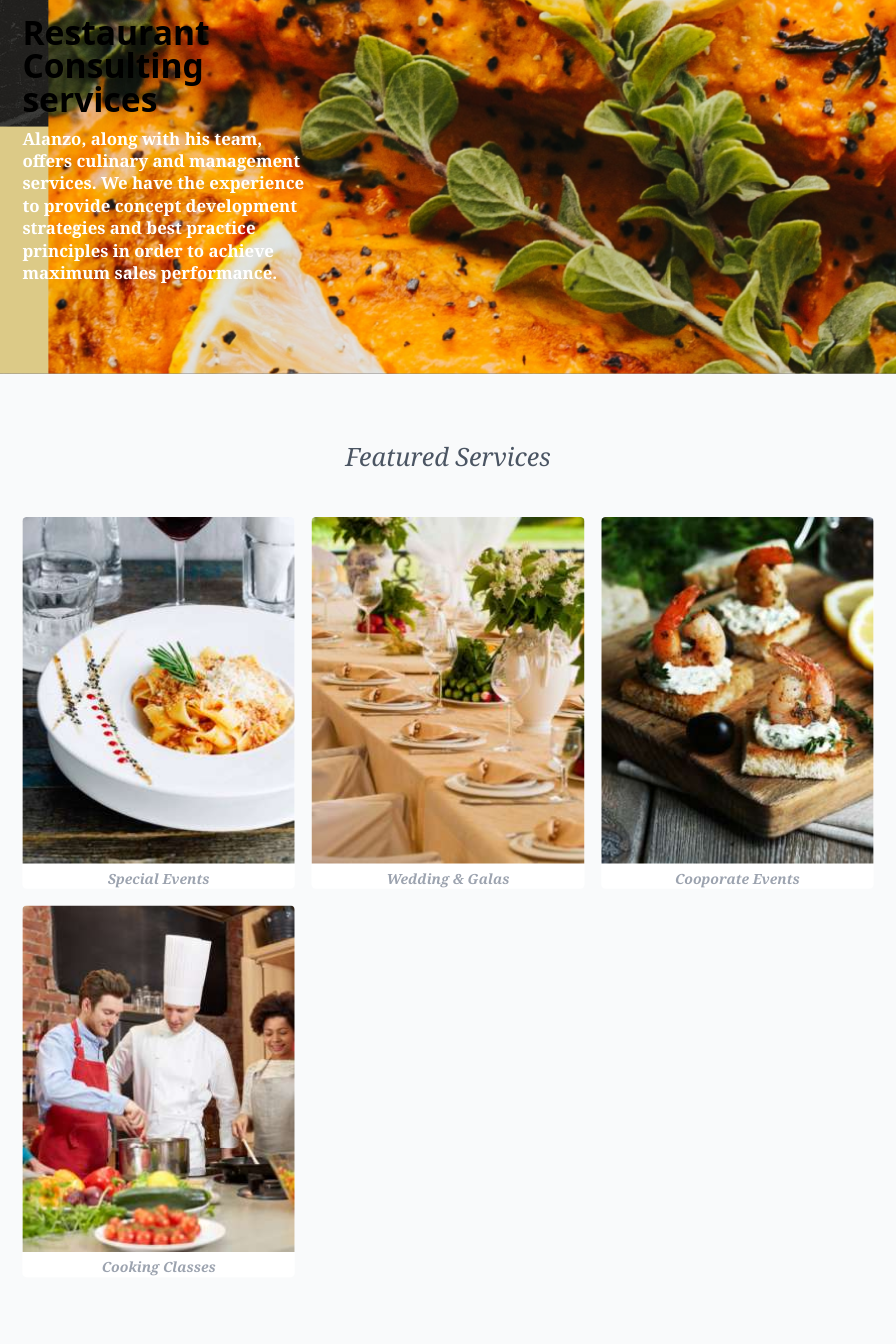
Repository: remydev47/alanzo
Page: /
An editor plug-in stored every save of this project. The page is shown before and after the next save, followed by the edit.
The browser window is 1280 px wide. The pictures show the part of the page from y = 2102 to 4022 px (the page is 4022 px tall), at 70% of full size.
The project was rebuilt for these pictures with package versions that can differ from the ones it lists, and the page was loaded fresh each time. The framework's server and built-in components were replaced by stand-ins that run in the browser. Also part of the build but not shown: next.config.js, components/Menu.tsx, components/Testimonials.tsx, components/CTA.tsx, components/Footer.tsx.

Above is the page before, as saved 2022-12-17 13:12:26.

### pages/_app.tsx
import '../styles/globals.css'
import type { AppProps } from 'next/app'
import Navbar from '../components/Navbar'

function MyApp({ Component, pageProps }: AppProps) {
  return (
    <>

      <Component {...pageProps} />
    </>
  )
}

export default MyApp

### pages/index.tsx
import type { NextPage } from 'next'
import Head from 'next/head'
import Image from 'next/image'
import { Aboutus, Catering, Consulting, Hero, Services } from '../components'
import Navbar from '../components/Navbar'


const Home: NextPage = () => {
  return (
    <div className="bg-[url('/images/bg_2.jpg')]">
      <Head>
        <title>Avantos</title>
        <link rel="icon" href="/favicon.ico" />
      </Head>
      <Navbar />
      <Hero />
      <Services />
      <Aboutus />
      <Consulting />
      <Catering/>

    </div>
  )
}

export default Home

### components/index.ts
import Hero from "./Hero";
import Services from "./Services";
import Aboutus from "./Aboutus";
import Consulting from "./Consulting";
import Catering from "./Catering";
import Menu from "./Menu";
import Testimonials from "./Testimonials";
import CTA from "./CTA";
import Footer from "./Footer";

export {
    Hero, Services, CTA, Catering, Consulting, Footer, Menu, Aboutus, Testimonials
}

### components/Navbar.tsx
import React from 'react';
import { navLinks } from '../constants';
import Menupopover from './Menupopover';
import Image from 'next/image';
import Logo from './Logo';
import { Button } from './Button';

const Navbar = () => {
  return (
    <header className="fixed inset-x-0 bg-[url('/images/bg_2.jpg')] z-20 flex justify-between items-center py-2 px-2 shadow-lg dark:bg-slate-900 sm:py-3 sm:px-8">
            <div className='flex grow-0 basis-1/3 md:hidden'>
                <Menupopover />
            </div>

             <div className='flex grow-0 ml-2 justify-center md:justify-start'>
                <Logo />

            </div>


            <ul className="list-none sm:flex hidden justify-end items-center flex-1">
            {navLinks.map((nav, index) => (
                <li
                key={nav.id}
                className={`font-bold cursor-pointer text-[16px]
                   ${index === navLinks.length - 1 ? 'mr-0' : 'mr-10'}
                  text-white `}
                >
                    <a>{nav.title}</a>
                </li>
            ))}
           </ul>


        </header>
  )
}

export default Navbar

### components/Hero.tsx
import React from 'react'

const Hero = () => {
  return (
    <section className='relative pt-48 pb-12 xl:pt-60 sm:pb-16 lg:pb-32 xl:pb-48 2xl:pb-56'>
    <div className="absolute inset-0">
     <img className="object-cover w-full h-full" src="/images/hero.jpg" alt="" />
    </div>
   <div className='relative'>
    <div className="px-6 mx-auto sm:px-8 lg:px-12 max-w-7xl">
      <div className="w-full lg:w-2/3 xl:w-1/2">
        <h1 className="font-serif text-xl font-bold tracking-tight text-white text-opacity-70 text-center">Proffesional Catering Services</h1>
        <p className="mt-6 tracking-tighter text-[#656b72]">
          <span className="font-sans font-bold text-6xl">WELCOME TO OUR </span><br />
          <span className="font-serif italic font-BOLD text-7xl">WORLD CLASS CHEF</span>
        </p>
        <p className="mt-8 font-erif text-xl font-serif text-[#fff]">
          Hiring A Proffesional Chef for Family Dinners & Gatherings, Date Nights & Branchs, Parties & Get-togethers, and even Meal for entire Families !
        </p>
      </div>
    </div>
   </div>
  </section>
  )
}

export default Hero

### components/Services.tsx
import React from 'react'
import styles from '../styles'

const Services = () => {
  return (
    <section className={`${styles.paddings} bg-[url('/images/bg_2.jpg')] sm:py-16 lg:py-24`}>
      <div className="px-4 mx-auto max-w-7xl sm:px-6 lg:px-8">
       <div className="max-w-2xl mx-auto text-center">
        <h2 className="text-xl font-bold font-serif leading-tight text-white lg:text-3xl">What We Offer</h2>
       </div>

       <div className="grid max-w-md grid-cols-1 gap-6 mx-auto mt-8 text-center lg:max-w-full lg:mt-16 lg:grid-cols-3">

        <div className="overflow-hidden bg-[url('/images/bg-3.jpg')] shadow-xl border-gray-300 rounded-md">
          <div className="p-8 xl:px-12 flex flex-col items-center justify-center">
             <div className='flex flex-col'>
               <h1 className='text-3xl font-semibold text-[#fff]'>Catering Services</h1>
             </div>
             <h2 className='font-normal text-xl font-serif text-black text-center mt-2'>
               Wouldn't you Like to be a Guest at your own Party !
             </h2>
             <p className='text-xl text-black text-center font-bold'>
               MON-FRI: 08:00-21:00
             </p>
             <p className='text-xl text-gray-500 text-center font-bold'>
               SAT-SUN: 10:00-17:00
             </p>
          </div>
        </div>

        <div className="overflow-hidden bg-[url('/images/bg-4.jpg')] shadow-xl border-gray-300 rounded-md">
          <div className="p-8 xl:px-12 flex flex-col items-center justify-center">
             <div className='flex flex-col'>
               <h1 className='text-3xl font-semibold text-[#fff]'>Table Ready Meals</h1>
             </div>
             <h2 className='font-normal text-xl font-serif text-black text-center mt-2'>
               Are You Busy To Cook ? Give Us A Call
             </h2>
             <p className='text-xl text-black text-center font-bold'>
               MON-FRI: 08:00-21:00
             </p>
             <p className='text-xl text-gray-500 text-center font-bold'>
               SAT-SUN: 10:00-17:00
             </p>
          </div>
        </div>

        <div className="overflow-hidden bg-[url('/images/bg-5.jpg')] shadow-xl border-gray-300 rounded-md">
          <div className="p-8 xl:px-12 flex flex-col items-center justify-center">
             <div className='flex flex-col'>
               <h1 className='text-3xl font-semibold text-[#fff]'>Services Menu</h1>
             </div>
             <h2 className='font-normal text-xl font-serif text-black text-center mt-2'>
               Look at Our Serviced Menu !
             </h2>
             <p className='text-xl text-black text-center font-bold'>
               MON-FRI: 08:00-21:00
             </p>
             <p className='text-xl text-gray-500 text-center font-bold'>
               SAT-SUN: 10:00-17:00
             </p>
          </div>
        </div>



       </div>
      </div>
    </section>
  )
}

export default Services

### components/Aboutus.tsx
import React from 'react'

const Aboutus = () => {
  return (
    <section className="py-6 bg-[#fff] sm:py-16 lg:py-24">
      <div className="max-w-5xl px-4 mx-auto sm:px-6 lg:px-8">
       <div className="grid items-center grid-cols-1 gap-y-6 md:grid-cols-2 md:gap-x-20">
          <div className="">
                <h1 className='text-4xl font-semibold text-black text-center'>EXPERIENCE THE SUBLIME!</h1>
                <h2 className="text-4xl font-bold leading-tight text-black sm:text-4xl lg:text-4xl">
                  <img src='/images/spoon.png' />
                </h2>
                <p className="mt-4 text-base font-serif leading-relaxed text-gray-600 font-semibold">
                 Chef Alanzo prepares and serves exquisite dinners to parties from two to 200 at your home, business or private catering event. His blend of French-Mediterranean cuisine draws on a lifetime of skills and the knowledge that all meals, no matter how large or how small, are special events among family and friends
                </p>
          </div>
          <div className=" pl-20 pr-6 sm:pl-6 md:px-0">
                <div className="relative w-full max-w-xs mt-4 mb-10 ml-auto">
                 <img className="relative -top-4 -left-4" src="/images/bg-8.png" alt="" />



                    <div className="absolute -bottom-10 -left-16 m-2">


                          <div className="px-8 py-8 bg-[url('/images/bg_2.jpg')]">
                               <span className="block text-4xl font-bold text-yellow-500 lg:text-5xl"> 50+ </span>
                                <span className="block mt-2 text-base leading-tight text-yellow-500"> Team<br />Member</span>
                            </div>
                    </div>
                </div>
            </div>
       </div>
      </div>
    </section>
  )
}

export default Aboutus

### components/Consulting.tsx
import React from 'react'
import { conLinks } from '../constants'

const Consulting = () => {
  return (
    <section className="mt-16 relative py-10 overflow-hidden sm:py-16 lg:py-24 xl:py-32">
    <div className="absolute inset-0">
      <img className="object-cover w-full h-full md:object-left md:scale-150 md:origin-top-left" src="/images/welcome.png" alt="" />
   </div>
  <div className="relative px-4 mx-auto sm:px-6 lg:px-8 max-w-7xl">
     <div className="text-center md:w-2/3 lg:w-1/2 xl:w-1/3 md:text-left">
         <h2 className="text-3xl font-bold leading-tight text-black sm:text-4xl lg:text-5xl">Restaurant Consulting services</h2>
         <p className="mt-4 text-2xl text-[#fff] font-serif font-semibold">
          Alanzo, along with his team, offers culinary and management services. We have the experience to provide concept development strategies and best practice principles in order to achieve maximum sales performance.
         </p>
      </div>


  </div>
  </section>
  )
}

export default Consulting

### components/Catering.tsx
import React from 'react'

const services=[

  {
    image:'/images/7.jpg',
    title:'Special Events',
    description:'',
  },
  {
    image:'/images/6.jpg',
    title:'Wedding & Galas',
    description:'',
  },
  {
    image:'/images/5.jpg',
    title:'Cooporate Events',
    description:'',
  },
  {
    image:'/images/8.jpg',
    title:'Cooking Classes',
    description:'',
  },
]

const Catering = () => {
  return (
    <section className="bg-gray-50 sm:py-16 lg:py-24">
      <div className="px-4 mx-auto max-w-7xl sm:px-6 lg:px-8">
       <div className="max-w-2xl mx-auto text-center">
        <h2 className="italic font-serif text-4xl leading-tight text-gray-600">Featured Services</h2>
       </div>
       <div className="grid max-w-md grid-cols-1 gap-6 mx-auto mt-8 text-center lg:max-w-full lg:mt-16 lg:grid-cols-3">
        {services.map((item, i) => (
          <div className="overflow-hidden bg-white border-gray-300 rounded-md">
            <div className="flex flex-col items-center justify-center">

              <img
               src={item.image}
               className="w-full"
             />

             <h2 className='font-bold font-serif text-xl text-gray-400 italic text-center mt-2'>
               {item.title}
             </h2>
             <p className='text-xl font-serif text-gray-300 text-center '>
              {item.description}
             </p>
            </div>
          </div>
        ))}
       </div>


      </div>
    </section>
  )
}

export default Catering

### constants/index.ts
export const navLinks =[
    {
        id:"menu",
        title:"MENU",
    },
    {
        id:"services",
        title:"SERVICES",
    },
    {
        id:"privatechef",
        title:"PRIVATE CHEF",
    },
    {
        id:"catering",
        title:"CATERING",
    },
    {
        id:"aboutus",
        title:"ABOUT",
    },
    {
        id:"contacts",
        title:"CONTACTS",
    },
]

export const conLinks =[
    {
        id:"discover",
        title:'DISCOVER',
    },
    {
        id:"plan",
        title:'PLAN',
    },
    {
        id:"design",
        title:'DESIGN',
    },
    {
        id:"organise",
        title:'ORGANISE',
    },
    {
        id:"grow",
        title:'GROW',
    },
]

### components/Menupopover.tsx
import React, {useState, Fragment} from 'react';
import { navLinks } from '../constants';
import { IconButton, Button } from './Button';
import { Transition, Dialog } from '@headlessui/react';
import Logo from './Logo';
import Image from 'next/image';

const Menupopover = () => {
  const [isOpen, setIsOpen] = useState(false)

  return (
    <div>
    <IconButton
      variant='ghost'
      aria-label='menu'
      onClick={() => setIsOpen(!isOpen)}
    >
      <svg className='w-6 h-6 ' fill='none' stroke='currentColor'>
        <path
          strokeLinecap='round'
          strokeLinejoin='round'
          strokeWidth={2}
          d='M4 6h16M4 12h16M4 18h16'
        />
      </svg>
    </IconButton>
    <Transition
      show={isOpen}
      appear
      as={Fragment}
      enter='transform transition ease-in-out duration-300'
      enterFrom='-translate-x-full'
      enterTo='translate-x-0'
      leave='transform transition ease-in-out duration-300 delay-200'
      leaveFrom='translate-x-0'
      leaveTo='-translate-x-full'
     >
     <Dialog
       as='div'
       className={`fixed inset-0 z-50`}
       onClose={setIsOpen}
       open={isOpen}
       >
       <Transition.Child
         as={Fragment}
         enter='ease-out duration-300 delay-300'
         enterFrom='opacity-0'
         enterTo='opacity-100'
         leave='ease-in duration-200'
         leaveFrom='opacity-100'
         leaveTo='opacity-0'
       >

        <Dialog.Overlay
          className={`fixed inset-0 bg-black/20 backdrop-blur-sm dark:bg-gray-900/80`}
         />
      </Transition.Child>
       <div className={styles.dialogcontainer}>
        <a className='mx-auto mt-4 flex w-[140px] '>
          <Logo />
        </a>
        <ul
            className={styles.navWrapper2}
         >
            {navLinks.map((nav, index) => (
                <li
                 key={nav.id}
                 className={` font-bold cursor-pointer text-[16px]
                  mt-2 border-t border-slate-200 py-4 dark:border-slate-600
                  ${index === navLinks.length - 1 ? 'mr-0' : 'mb-4'}
                  text-white `}
                >
                 <a href={`#${nav.id}`}>
                    {nav.title}
                 </a>
                </li>
             ))}
         </ul>

        <IconButton
          variant='ghost'
          aria-label='close menu'
          className='absolute top-5 right-5'
          onClick={() => setIsOpen(false)}
        >
          <svg
            viewBox='0 0 10 10'
            className='h-2.5 w-2.5 overflow-visible'
            aria-hidden='true'
          >
            <path
                d='M0 0L10 10M10 0L0 10'
                fill='none'
                stroke='currentColor'
                strokeWidth='2'
                strokeLinecap='round'
              />
          </svg>
        </IconButton>
       </div>
     </Dialog>
    </Transition>
  </div>
  )
}

export default Menupopover;

const styles ={
  dialogcontainer:`fixed top-0 bottom-0 left-0 w-full max-w-xs rounded-r-xl bg-[url('/images/bg_2.jpg')]  p-6 shadow-lg dark:bg-gray-800`,
  menuitems:`group relative flex h-9 items-center oveflow-hidden rounded-md hover:bg-slate-200/50`,
  navWrapper2:`list-none flex flex-col justify-end items-center flex-1`,
}

### components/Logo.tsx
import React from 'react'
import Image from 'next/image'

const Logo = () => {
  return (
    <div>
      <Image
        src='/images/logo.png'
        alt='Alanzo'
        height={60}
        width={150}
      />
    </div>
  )
}

export default Logo

### styles/index.ts
const styles = {
    innerWidth: '2xl:max-w-[1280px] w-full',
    interWidth: 'lg:w-[80%] w-[100%]',

    paddings: 'sm:p-16 xs:p-8 px-6 py-12',
    yPaddings: 'sm:py-16 xs:py-8 py-12',
    xPaddings: 'sm:px-16 px-6',
    topPaddings: 'sm:pt-16 xs:pt-8 pt-12',
    bottomPaddings: 'sm:pb-16 xs:pb-8 pb-12',

    flexCenter: 'flex justify-center items-center',
    flexStart: 'flex justify-start items-start',
    flexEnd: 'flex justify-end',
    navPadding: 'pt-[98px]',

    // hero section
    heroHeading:
        'font-bold lg:text-[144px] md:text-[100px] sm:text-[60px] text-[44px] lg:leading-[158.4px] md:leading-[114.4px] sm:leading-[74.4px] leading-[64.4px] uppercase text-white',
    heroDText:
        'md:w-[212px] sm:w-[80px] w-[60px] md:h-[108px] sm:h-[48px] h-[38px] md:border-[18px] border-[9px] rounded-r-[50px] border-white sm:mx-2 mx-[6px]',
  };

  export default styles;

### components/Button/index.tsx
import React, { forwardRef } from "react";
//import { __DEV__ } from "../../utils/assertions";

type BaseButtonProps = Omit<React.HTMLProps<HTMLButtonElement>, "size">;

/* === Button Element === */

export interface ButtonProps extends BaseButtonProps {
  children: React.ReactNode;
  fullWidth?: boolean;
  className?: string;
  variant?: "solid" | "outline" | "ghost";
  size?: "sm" | "md" | "lg";
  as?: string;
  isExternal?: boolean;
  type?: "button" | "submit" | "reset";
}

export const Button = forwardRef<HTMLButtonElement, ButtonProps>(
  (
    {
      children,
      variant = "solid",
      size = "md",
      fullWidth = false,
      className,
      as = "button",
      isExternal = false,
      ...rest
    },
    ref
  ) => {
    let tempClassNames: string[] = [];

    const sharedClasses = [
      "capitalize",
      "focus:outline-none",
      "focus:ring-2",
      "focus:ring-indigo-400",
      "focus:ring-offset-2",
      "focus:ring-offset-indigo-50",
      "font-semibold",
      "rounded-full",
      "inline-flex",
      "flex-shrink-0",
      "items-center",
      "justify-center",
      "transition-colors",
      "ease-in-out",
      "duration-500",
    ];

    if (fullWidth) sharedClasses.push("w-full");

    // handle variants
    let btnSolid = ["bg-indigo-600", "hover:bg-indigo-700", "text-white"];
    let btnOutline = [
      "dark:text-white",
      "hover:text-indigo-700",
      "hover:dark:text-indigo-700",
      "bg-transparent",
      "hover:bg-indigo-50",
      "border",
      "border-indigo-600",
    ];
    let btnGhost = [
      "bg-transparent",
      "dark:text-white",
      "hover:bg-indigo-50",
      "hover:text-indigo-700",
      "hover:dark:text-indigo-700",
    ];

    if (variant === "solid") {
      tempClassNames = [...sharedClasses, ...btnSolid];
    } else if (variant === "outline") {
      tempClassNames = [...sharedClasses, ...btnOutline];
    } else if (variant === "ghost") {
      tempClassNames = [...sharedClasses, ...btnGhost];
    }

    // handle sizes
    let sizeSm = ["h-8", "px-2", "text-sm"];
    let sizeMd = ["h-10", "px-3"];
    let sizeLg = ["h-12", "px-4", "text-lg"];

    if (size === "sm") {
      tempClassNames = [...tempClassNames, ...sizeSm];
    } else if (size === "md") {
      tempClassNames = [...tempClassNames, ...sizeMd];
    } else if (size === "lg") {
      tempClassNames = [...tempClassNames, ...sizeLg];
    }

    let classes = tempClassNames.join(" ");

    let Element = as ? (
      React.createElement(
        as,
        {
          className: `${classes} ${className}`,
          target: isExternal ? "_blank" : undefined,
          rel: isExternal ? "noopener noreferrer" : undefined,
          ref,
          ...rest,
        },
        children
      )
    ) : (
      <button {...rest} className={`${classes} ${className}`} ref={ref}>
        {children}
      </button>
    );

    return Element;
  }
);

// if (__DEV__) {
//   Button.displayName = "Button";
// }

/* === IconButton Element === */

export interface IconButtonProps extends ButtonProps {
  icon?: React.ReactElement;
  "aria-label": string;
}

export const IconButton = forwardRef<HTMLButtonElement, IconButtonProps>(
  (
    {
      children,
      icon,
      className,
      "aria-label": ariaLabel,
      size = "md",
      ...rest
    },
    ref
  ) => {
    let sharedClasses = ["rounded-full", "!px-0"];

    // handle sizes
    let sizeSm = ["w-8"];
    let sizeMd = ["w-10"];
    let sizeLg = ["w-12"];

    if (size === "sm") {
      sharedClasses = [...sharedClasses, ...sizeSm];
    } else if (size === "md") {
      sharedClasses = [...sharedClasses, ...sizeMd];
    } else if (size === "lg") {
      sharedClasses = [...sharedClasses, ...sizeLg];
    }

    /**
     * Passing the icon as prop or children should work
     */
    const element = icon || children;
    const _children = React.isValidElement(element)
      ? React.cloneElement(element as any, {
          "aria-hidden": true,
          focusable: false,
        })
      : null;

    let classes = sharedClasses.join(" ");
    return (
      <Button
        className={`${classes} ${className}`}
        aria-label={ariaLabel}
        size={size}
        {...rest}
        ref={ref}
      >
        {_children}
      </Button>
    );
  }
)

### tailwind.config.js
/** @type {import('tailwindcss').Config} */
module.exports = {
  content: [
    './pages/**/*.{js,ts,jsx,tsx}',
    './components/**/*.{js,ts,jsx,tsx}',
  ],
  theme: {
    extend: {
      backgroundImage: {
        'bg_2': "url('/images/bg_2.jpg')",
        'bg-3': "url('/images/bg-3.jpg')",
        'bg-4': "url('/images/bg-4.jpg')",
        'bg-5': "url('/images/bg-5.jpg')",
      },
      colors: {
        'primary-black': '#1A232E',
        'secondary-white': '#c7c7c7',
      },
    },
  },
  plugins: [],
}

Loaded but not shown: styles/globals.css (common file)

After the next save:
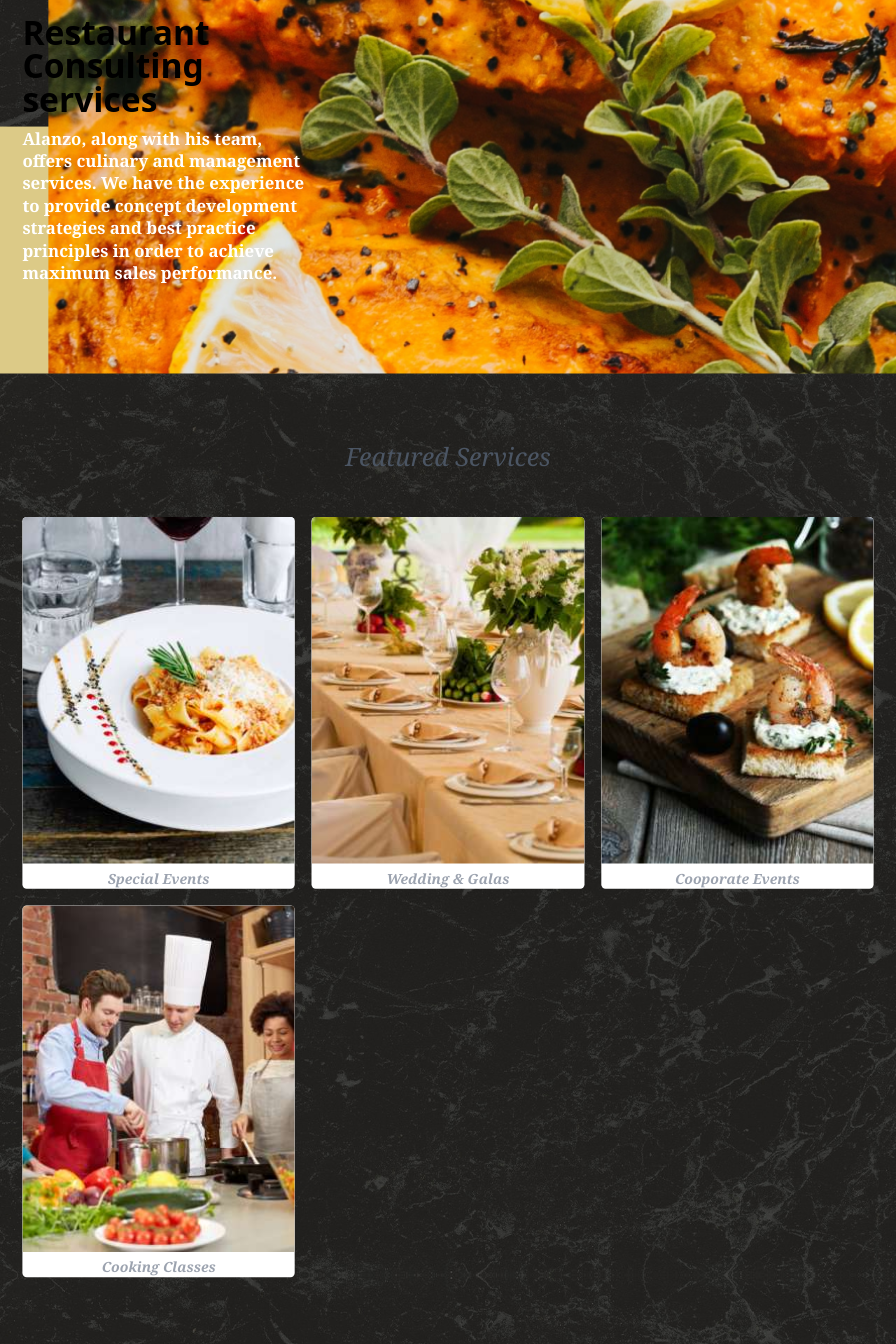
Saved 41 s later.
--- a/components/Catering.tsx
+++ b/components/Catering.tsx
@@ -26,7 +26,7 @@
 
 const Catering = () => {
   return (
-    <section className="bg-gray-50 sm:py-16 lg:py-24">
+    <section className="bg-[url('/images/bg_2.jpg')] sm:py-16 lg:py-24">
       <div className="px-4 mx-auto max-w-7xl sm:px-6 lg:px-8">
        <div className="max-w-2xl mx-auto text-center">
         <h2 className="italic font-serif text-4xl leading-tight text-gray-600">Featured Services</h2>
